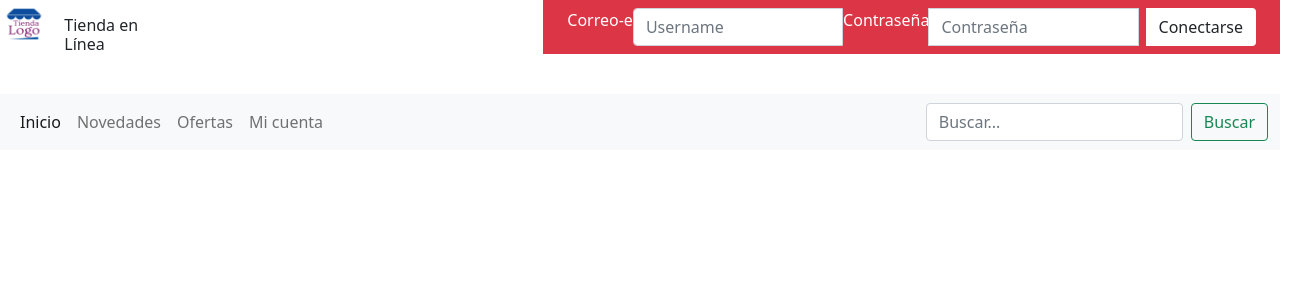
Repository: nicorp00/bootstrapSass
Page: Main/index.html
An editor plug-in stored every save of this project. The page is shown before and after a run of saves, followed by the edit.
The browser window is 1280 px wide. The page is 1292 px wide, so the pictures cover 1292 px, including what lies to the right of the window. The pictures show the whole page.
The style sheet was rebuilt from its Sass, Less or Tailwind sources for each picture, by a compiler version that may differ from the author's.

Above is the page before, as saved 2022-03-25 11:13:01.

### Main/index.html
<!DOCTYPE html>
<html lang="en">
<head>
    <meta charset="UTF-8">
    <meta http-equiv="X-UA-Compatible" content="IE=edge">
    <meta name="viewport" content="width=device-width, initial-scale=1.0">
    <title>Document</title>
    <link rel="stylesheet" href="css/style.css">
    <link rel="stylesheet" href="css/bootstrap.min.css">
</head>
<body>
    <section class="section__top row">
        <div class="col-2">
            <div class="card mb-3 border-0" style="max-width: 540px;">
                <div class="row g-0">
                  <div class="col-md-3">
                    <img src="img/logo.png" class="img-fluid rounded-start" alt="...">
                  </div>
                  <div class="col-md-9">
                    <div class="card-body">
                      <h6 class="card-title">Tienda en Línea</h6>
                    </div>
                  </div>
                </div>
              </div>
        </div>
        <div class="col-3"></div>
        <div class="top-nav col-7">
            <nav class="navbar navbar-danger bg-danger">
                <form class="container-fluid">
                  <div class="input-group">
                    <!--<span class="input-group-text" id="basic-addon1">@</span>-->
                    Correo-e<input type="text" class="form-control" placeholder="Username" aria-label="Correo@" aria-describedby="basic-addon1">
                    Contraseña<input class="form-control me-2" type="search" placeholder="Contraseña" aria-label="Search">
                    <button class="btn btn-outline" type="submit">Conectarse</button>
                  </div>
                </form>
              </nav>
        </div>
    </section>

    <section class="section__nav">
        <nav class="navbar navbar-expand-lg navbar-light bg-light">
            <div class="container-fluid">
              <button class="navbar-toggler" type="button" data-bs-toggle="collapse" data-bs-target="#navbarSupportedContent" aria-controls="navbarSupportedContent" aria-expanded="false" aria-label="Toggle navigation">
                <span class="navbar-toggler-icon"></span>
              </button>
              <div class="collapse navbar-collapse" id="navbarSupportedContent">
                <ul class="navbar-nav me-auto mb-2 mb-lg-0">
                  <li class="nav-item">
                    <a class="nav-link active" aria-current="page" href="#">Inicio</a>
                  </li>
                  <li class="nav-item">
                    <a class="nav-link" href="#">Novedades</a>
                  </li>
                  <li class="nav-item">
                    <a class="nav-link" href="#">Ofertas</a>
                  </li>
                  <li class="nav-item">
                    <a class="nav-link" href="#">Mi cuenta</a>
                  </li>
                </ul>
                <form class="d-flex">
                  <input class="form-control me-2" type="search" placeholder="Buscar..." aria-label="Search">
                  <button class="btn btn-outline-success" type="submit">Buscar</button>
                </form>
              </div>
            </div>
          </nav>
    </section>
    <script src="js/bootstrap.min.js"></script>
</body>
</html>

### Main/scss/style.scss
@use 'section__top';

### Main/scss/_section__top.scss
.section__top{
    span{
        margin-left: 20%;
    }
    form{
        color: white;
    }
    button{
        background-color: white;
    }
}

Loaded but not shown: Main/css/bootstrap.min.css (library); Main/js/bootstrap.min.js (library)

After the next 2 saves:
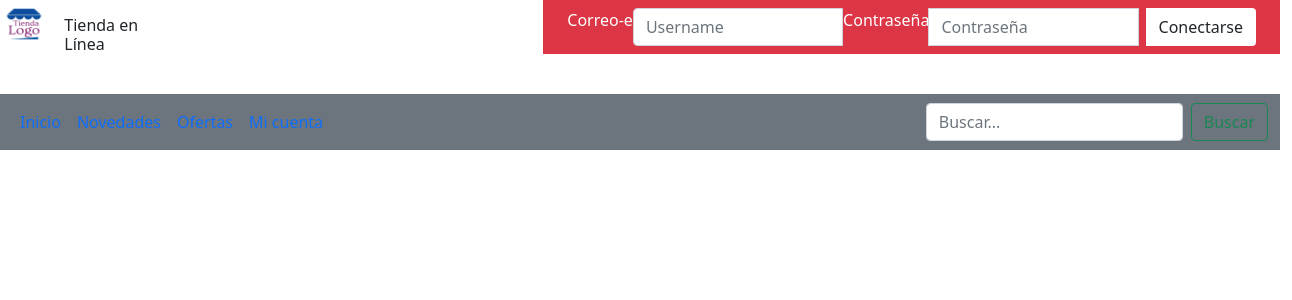
The 2 saves are shown as one change because they came seconds apart.
The last was saved 25 s later.
--- a/Main/index.html
+++ b/Main/index.html
@@ -40,7 +40,7 @@
     </section>
 
     <section class="section__nav">
-        <nav class="navbar navbar-expand-lg navbar-light bg-light">
+        <nav class="navbar navbar-expand-lg navbar-secondary bg-secondary">
             <div class="container-fluid">
               <button class="navbar-toggler" type="button" data-bs-toggle="collapse" data-bs-target="#navbarSupportedContent" aria-controls="navbarSupportedContent" aria-expanded="false" aria-label="Toggle navigation">
                 <span class="navbar-toggler-icon"></span>

After the 4 saves that followed:
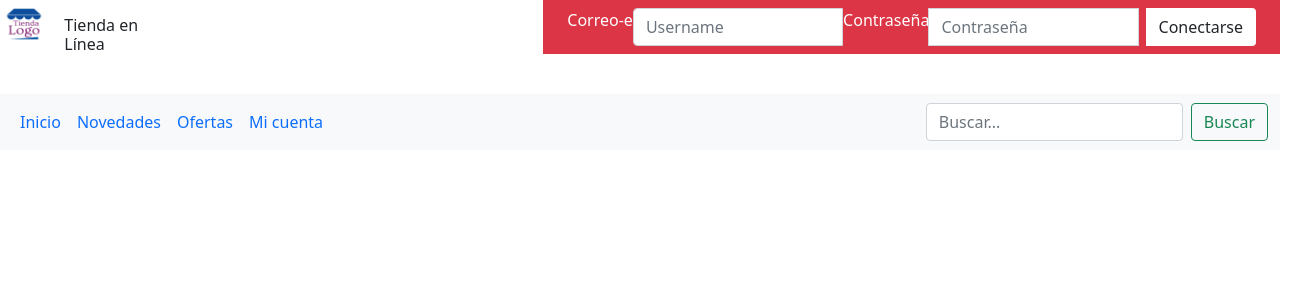
The 4 saves are shown as one change because 1 left the picture as it was and some came seconds apart.
The last was saved 21 s later.
--- a/Main/index.html
+++ b/Main/index.html
@@ -40,7 +40,7 @@
     </section>
 
     <section class="section__nav">
-        <nav class="navbar navbar-expand-lg navbar-secondary bg-secondary">
+        <nav class="navbar navbar-expand-lg navbar-secondary bg-light">
             <div class="container-fluid">
               <button class="navbar-toggler" type="button" data-bs-toggle="collapse" data-bs-target="#navbarSupportedContent" aria-controls="navbarSupportedContent" aria-expanded="false" aria-label="Toggle navigation">
                 <span class="navbar-toggler-icon"></span>
